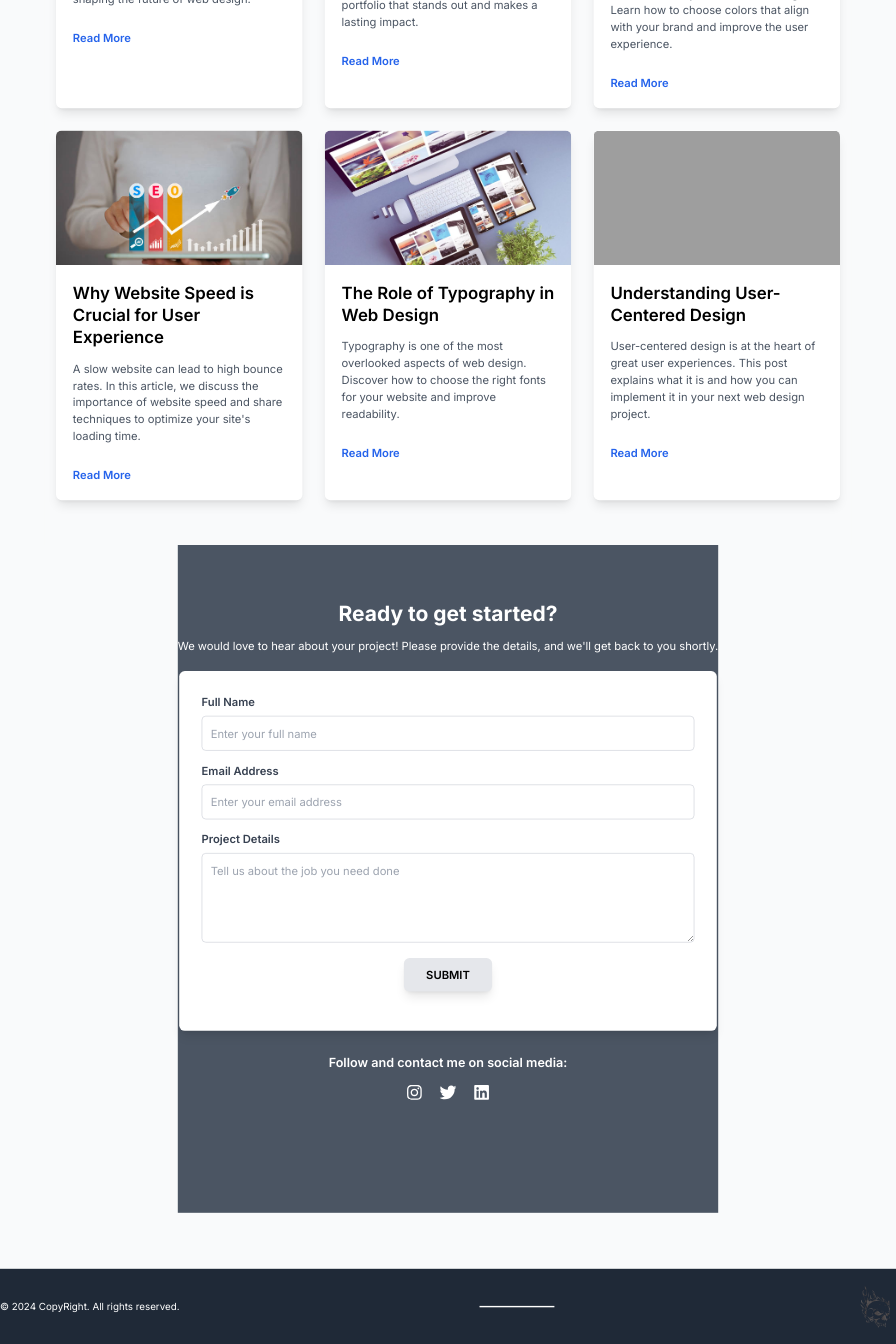
Repository: TheSecretlifeOfX/landing1
Page: /
An editor plug-in stored every save of this project. The page is shown before and after the next save, followed by the edit.
The browser window is 1280 px wide. The pictures show the part of the page from y = 3082 to 5002 px (the page is 5002 px tall before and 4930 px after), at 70% of full size.
Pictures or frames that could not be fetched are drawn as grey boxes. The project was rebuilt for these pictures with package versions that can differ from the ones it lists, and the page was loaded fresh each time. The framework's server and built-in components were replaced by stand-ins that run in the browser. Also part of the build but not shown: next.config.js.

Above is the page before, as saved 2024-11-16 08:44:53.

After the next save:
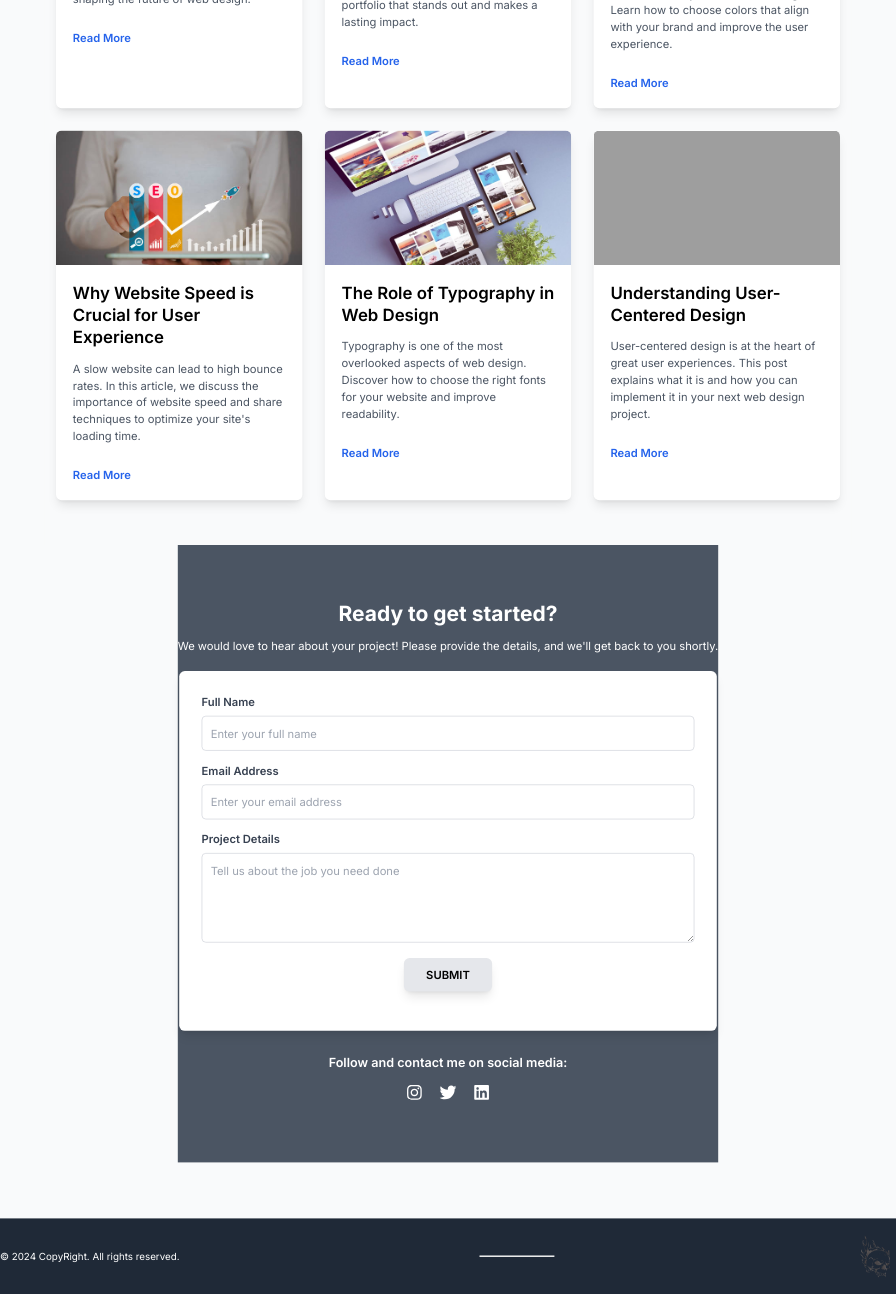
Saved 9 s later.
--- a/app/components/CallToAction.tsx
+++ b/app/components/CallToAction.tsx
@@ -52,7 +52,7 @@ export default function CallToAction() {
       </form>
 
       {/* Social Media Links with Icons */}
-      <div className="mt-8 mb-20">
+      <div className="mt-8 mb-2">
         <p className="text-lg font-semibold">Follow and contact me on social media:</p>
         <div className="flex justify-center space-x-6 mt-4">
           <a
